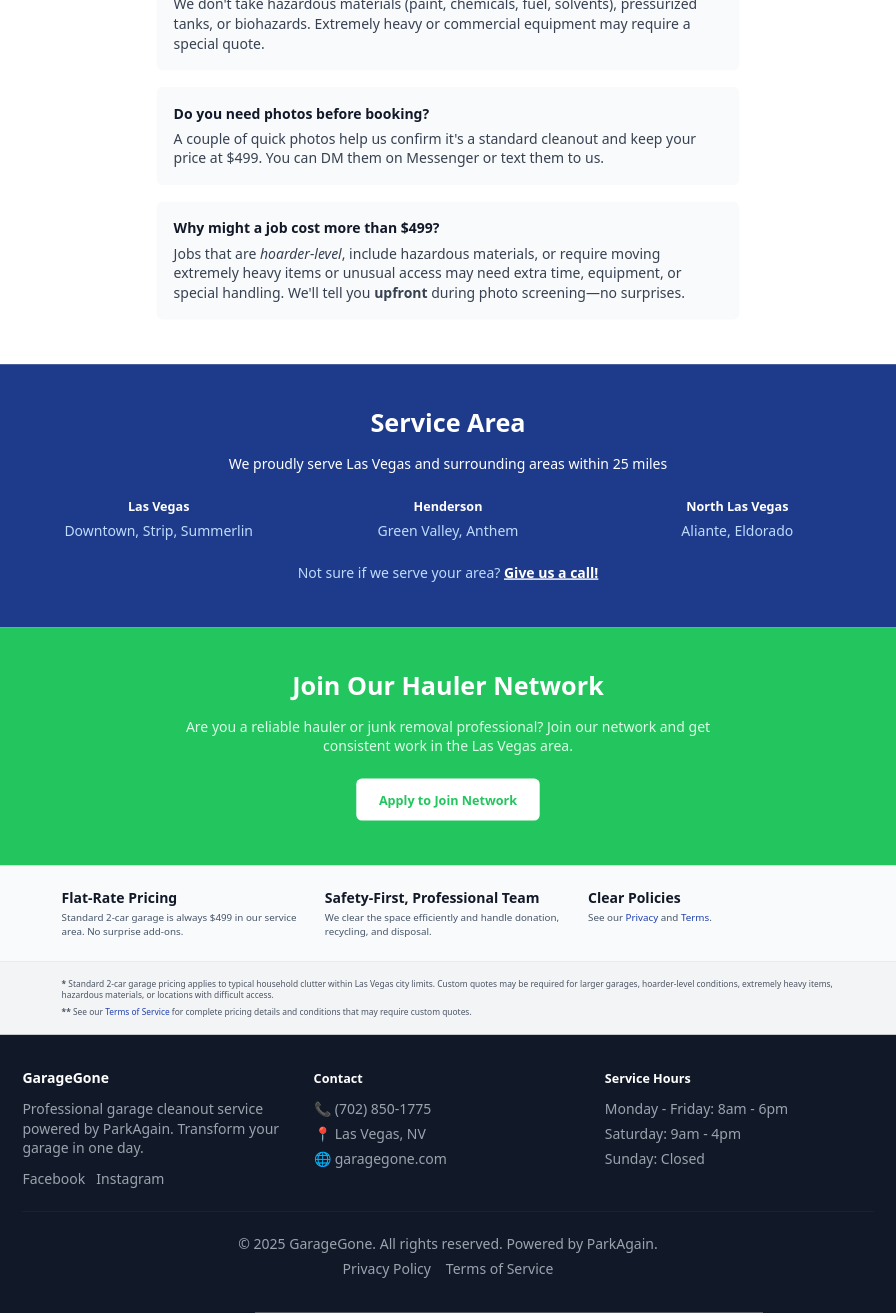
Repository: nikwhite1169/garagegone
Page: index.html
The author's editor kept a copy of each file at every save. The page is drawn from the files as they stood at one save, then again after the next save.
The browser window is 1280 px wide. The pictures show the part of the page from y = 4005 to 5925 px (the page is 5881 px tall before and 5925 px after), at 70% of full size.
Some web libraries are served in a nearby version.

Above is the page before, as saved 2025-09-16 00:51:02.

After the next save:
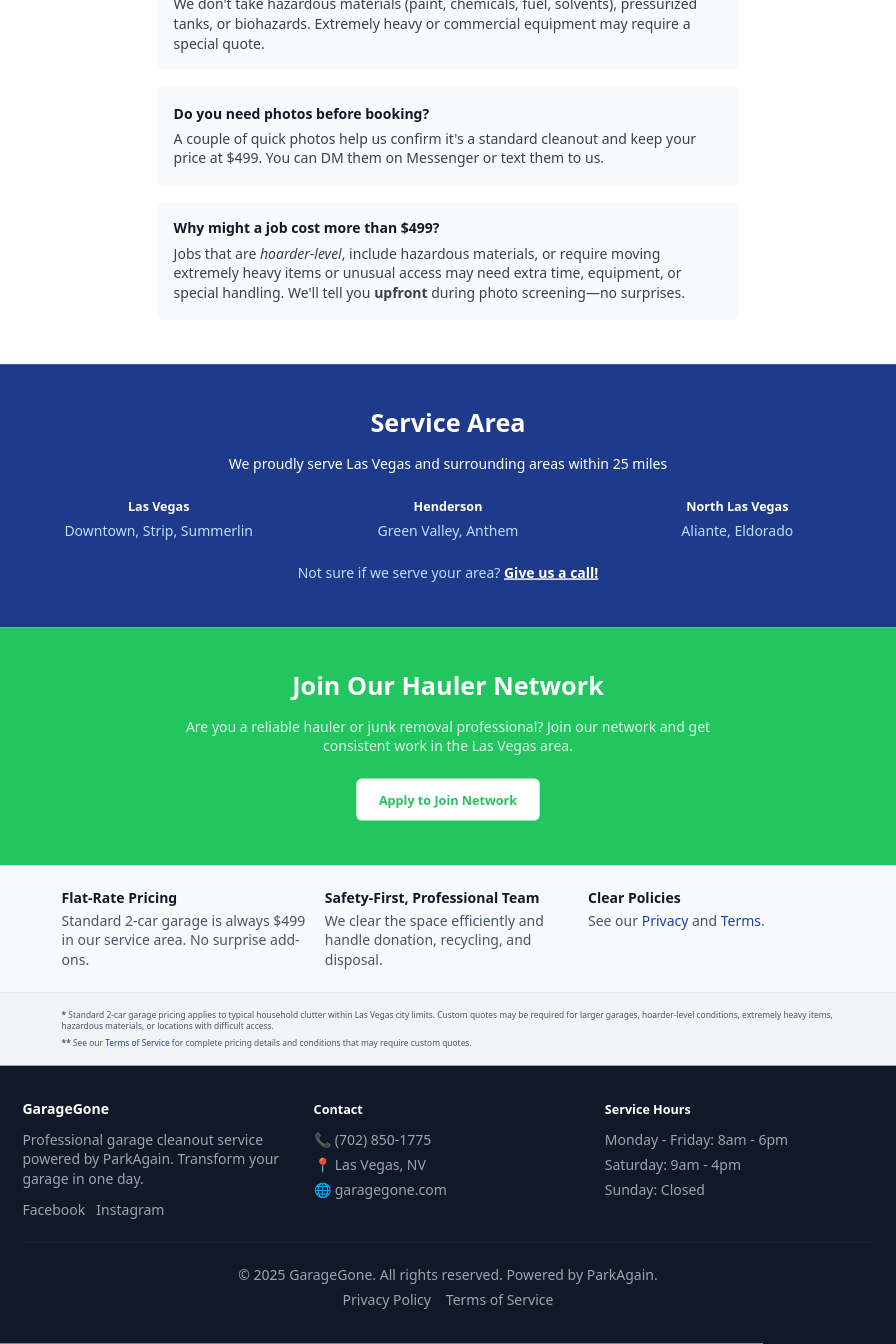
Saved 13 s later.
--- a/index.html
+++ b/index.html
@@ -387,15 +387,15 @@
       <div class="max-w-6xl mx-auto px-4 md:px-6 py-8 grid gap-6 md:grid-cols-3">
         <div>
           <div class="font-semibold">Flat-Rate Pricing</div>
-          <p class="text-slate-600 text-sm mt-1">Standard 2-car garage is always $499 in our service area. No surprise add-ons.</p>
+          <p class="text-slate-600 mt-1">Standard 2-car garage is always $499 in our service area. No surprise add-ons.</p>
         </div>
         <div>
           <div class="font-semibold">Safety-First, Professional Team</div>
-          <p class="text-slate-600 text-sm mt-1">We clear the space efficiently and handle donation, recycling, and disposal.</p>
+          <p class="text-slate-600 mt-1">We clear the space efficiently and handle donation, recycling, and disposal.</p>
         </div>
         <div>
           <div class="font-semibold">Clear Policies</div>
-          <p class="text-slate-600 text-sm mt-1">See our <a class="text-blue-800 hover:underline" href="/privacy-policy.html">Privacy</a> and <a class="text-blue-800 hover:underline" href="/terms-of-service.html">Terms</a>.</p>
+          <p class="text-slate-600 mt-1">See our <a class="text-blue-800 hover:underline" href="/privacy-policy.html">Privacy</a> and <a class="text-blue-800 hover:underline" href="/terms-of-service.html">Terms</a>.</p>
         </div>
       </div>
     </section>
